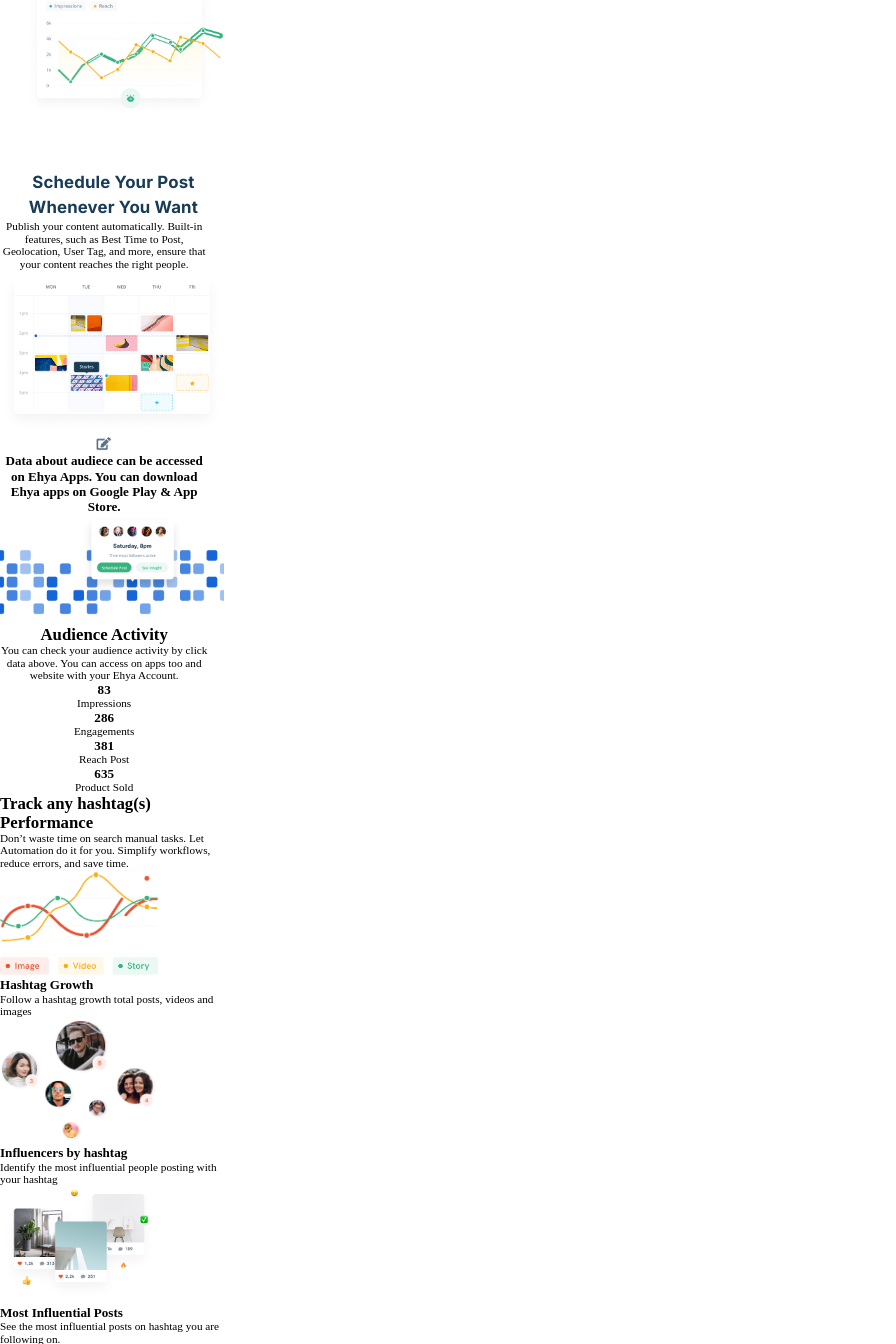
Repository: Eduardo-Tamborelli-Ferreira-lino/FrontEnd
Page: projetos/Prova-CSS/index.html
These files come from the project's save history. The page is drawn as it stood at one moment and after the next save; the edit follows.
The browser window is 1280 px wide. The pictures show the part of the page from y = 1368 to 3288 px (the page is 5044 px tall before and 5080 px after), at 70% of full size.

Above is the page before, as saved 2026-03-12 13:56:41.

After the next save:
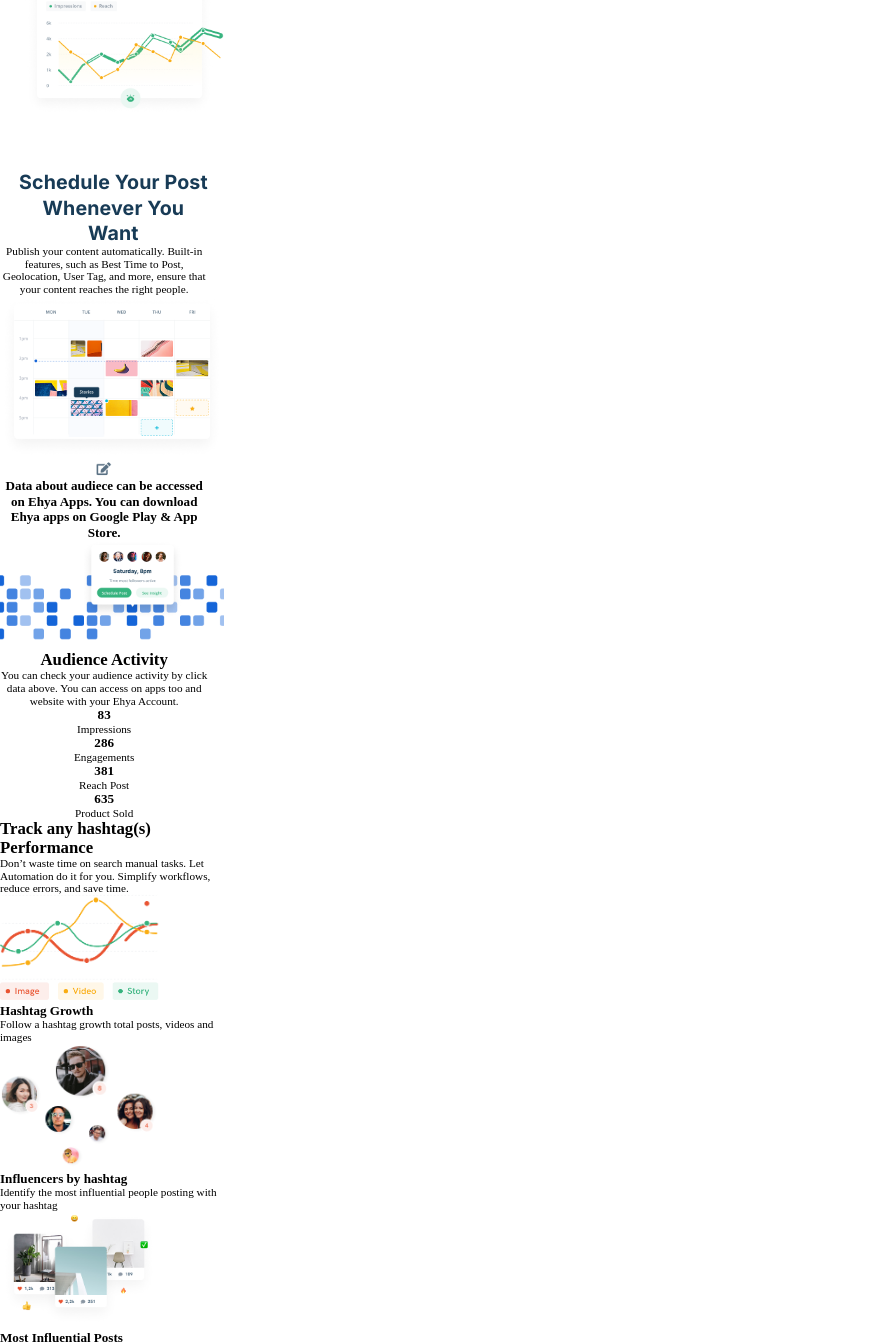
Saved 73 s later.
--- a/projetos/Prova-CSS/style.css
+++ b/projetos/Prova-CSS/style.css
@@ -196,7 +196,7 @@
 #schedule-title h2{
     width: 17.5rem;
     font-weight: 700;
-    font-size: 1.5rem;
+    font-size: 1.75rem;
     line-height: 2.25rem;
     letter-spacing: 0.013rem;
     color: var(--title-color);
